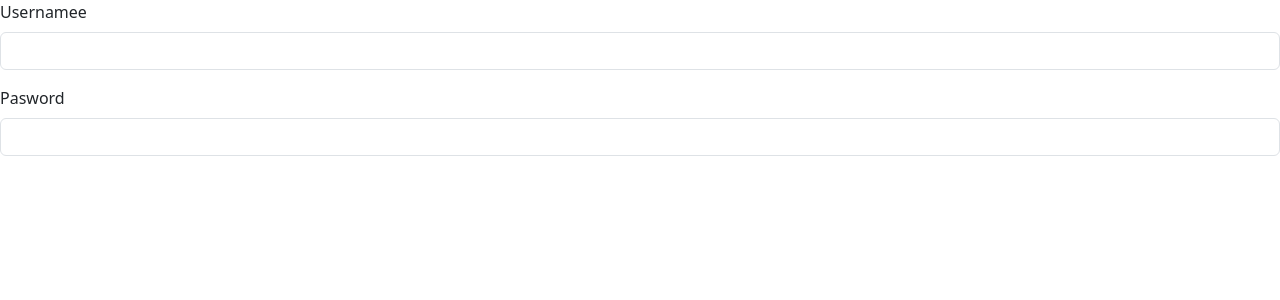
Repository: manit4/cris_batch2
Page: http://localhost/jsp_security/views/index.jsp
An editor plug-in stored every save of this project. The page is shown before and after the next save, followed by the edit.
The browser window is 1280 px wide. The pictures show the whole page.
The page is served by Tomcat 9.

Above is the page before, as saved 2024-03-01 05:06:21.

After the next save:
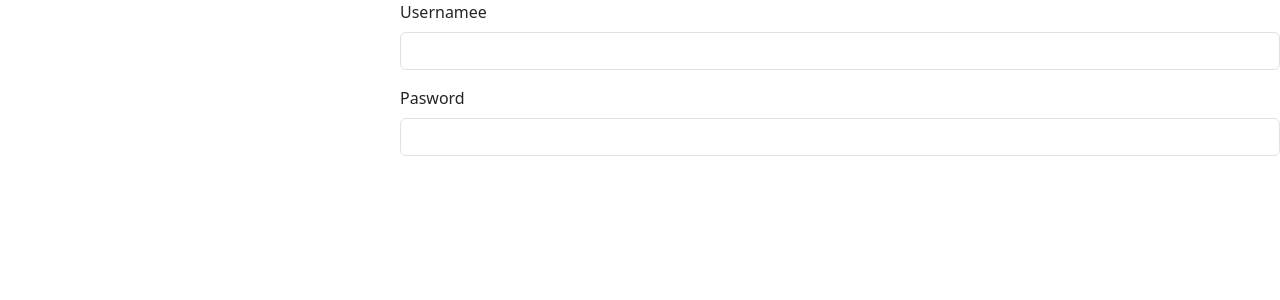
Saved 24 s later.
--- a/jsp_security/src/main/webapp/views/index.jsp
+++ b/jsp_security/src/main/webapp/views/index.jsp
@@ -13,7 +13,7 @@
 	crossorigin="anonymous">
 </head>
 <body>
-<div>
+<div style="margin-left: 400px">
 	<div class="mb-3">
 		<label class="form-label">Usernamee
 			</label> <input type="text" class="form-control">
